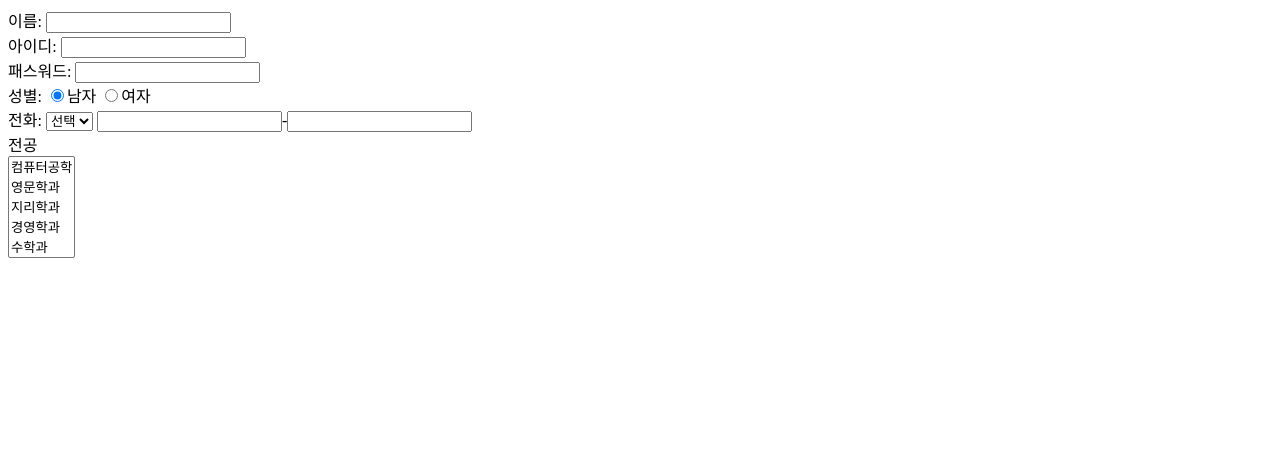
Repository: o3orr/jsp_study
Page: http://localhost/web-study-02/form.jsp
An editor plug-in stored every save of this project. The page is shown before and after the next save, followed by the edit.
The browser window is 1280 px wide. The pictures show the whole page.
The page is served by Tomcat 9. Other server files are loaded and not shown.

Above is the page before, as saved 2024-02-28 03:18:01.

### web-study-02/src/main/webapp/form.jsp
<%@ page language="java" contentType="text/html; charset=UTF-8"
    pageEncoding="UTF-8"%>
<!DOCTYPE html>
<html>
<head>
<meta charset="UTF-8">
<title>Insert title here</title>
</head>
<body>

<form action="Test.java" method="post" name="myForm">

이름: <input type="text" name="name"/><br>
아이디: <input type="text" name="id"/><br>
패스워드: <input type="password" name="pwd"/><br>
성별: <input type="radio" name="gender" checked="checked" value="M">남자
<input type="radio" name="gender" value="F"/>여자<br>
전화:
<select name="tel1">
<option value="">선택</option>
<option value="011">011</option>
<option value="010">010</option>
<option value="070">070</option>
</select>
<input type="text" name="tel2"/>-<input type="text" name="tel3"/><br>

전공<br/>
<select name="major" multiple="multiple" size="5">
<option value="컴퓨터공학">컴퓨터공학</option>
<option value="영문학과">영문학과</option>
<option value="지리학과">지리학과</option>
<option value="경영학과">경영학과</option>
<option value="수학과">수학과</option>
</select>


</form>

</body>
</html>

After the next save:
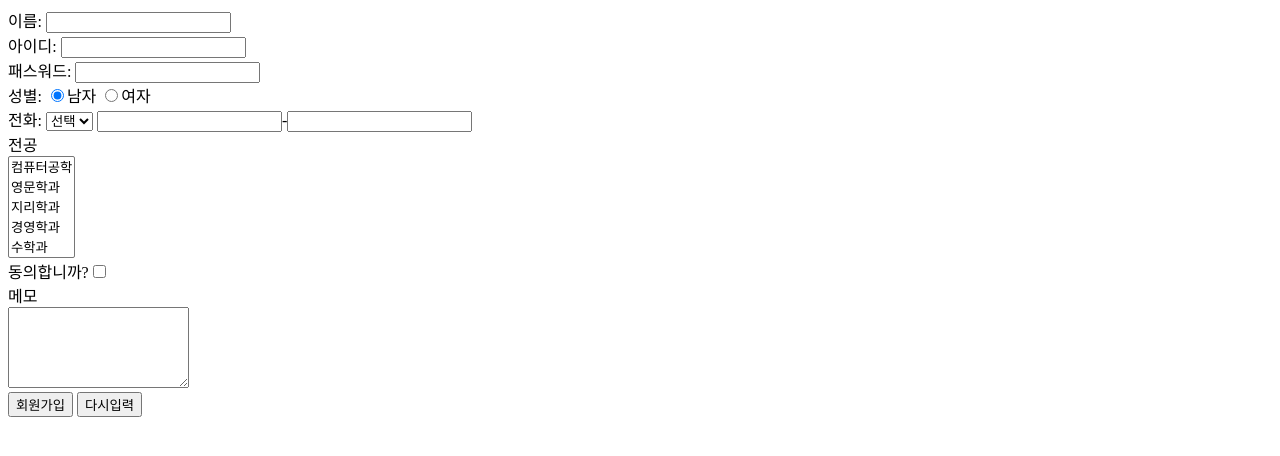
Saved 3 min 19 s later.
--- a/web-study-02/src/main/webapp/form.jsp
+++ b/web-study-02/src/main/webapp/form.jsp
@@ -32,6 +32,15 @@
 <option value="경영학과">경영학과</option>
 <option value="수학과">수학과</option>
 </select>
+<br>
+
+동의합니까?<input type="checkbox" name="agree" value="y"/><br>
+메모<br>
+<textarea rows="5" cols="20" name="memo"></textarea><br>
+
+<input type="button" value="회원가입" onclick="sendIt();"/>
+<input type="reset" value="다시입력"/>
+
 
 
 </form>
